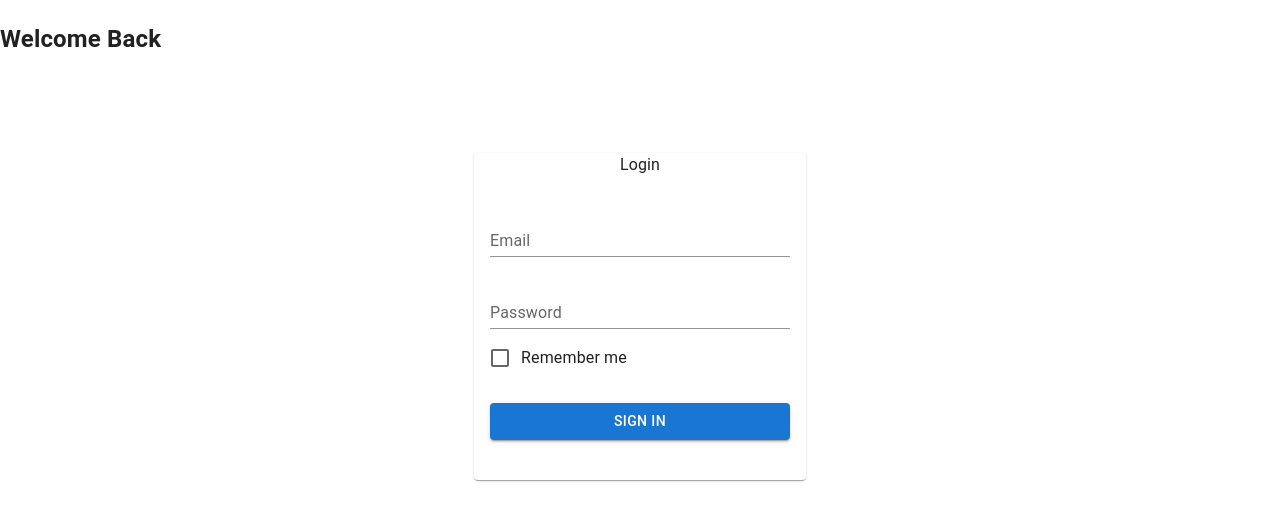
Repository: NGHIAVN1/Note
Page: /
These files come from the project's save history. The page is drawn as it stood at one moment and after the next save; the edit follows.
The browser window is 1280 px wide. The pictures show the whole page.
The project was rebuilt for these pictures with package versions that can differ from the ones it lists, and the page was loaded fresh each time. Also part of the build but not shown: vite.config.js, src/Register.jsx, src/Pet.jsx, src/useBreedList.jsx, src/SearchParams.jsx.

Above is the page before, as saved 2024-03-05 22:08:32.

### src/index.html
<!DOCTYPE html>
<html lang="en">

<head>
  <meta charset="UTF-8">
  <meta name="viewport" content="width=device-width, initial-scale=1.0">
  <meta http-equiv="X-UA-Compatible" content="ie=edge">
  <title>Adopt Me</title>
</head>

<body>
  <div id="root">not rendered</div>
  <script type="module" src="./App.jsx">
    // Your code is going to go here

  </script>
</body>

</html>

### src/App.jsx
import React, { StrictMode } from "react";
import "./Register";
import "./LoginPages";
import "./SearchParams";
import { createRoot } from "react-dom/client";
import SearchParams from "./SearchParams";
import RegisterUser from "./Register";
import LoginPage from "./LoginPages";

const App = () => {
  return (
    <div>
      <h1></h1>
      <h2>Welcome Back</h2>

      <LoginPage />
    </div>
  );
};

const container = document.getElementById("root");
const root = createRoot(container);
root.render(
  <StrictMode>
    <App />
  </StrictMode>
);

### src/LoginPages.jsx
import {
  CardContent,
  CardHeader,
  CssBaseline,
  TextField,
  Typography,
} from "@mui/material";
import Container from "@mui/material/Container";
import Card from "@mui/material/Card";
import { dark } from "@mui/material/styles/createPalette";
import Box from "@mui/material/Box";
import FormControlLabel from "@mui/material/FormControlLabel";
import Button from "@mui/material/Button";
import Checkbox from "@mui/material/Checkbox";
import Grid from "@mui/material/Grid";
// const defaultTheme = createTheme();
const LoginPage = () => {
  return (
    <div>
      <Container component="main" maxWidth="xs">
        <CssBaseline />
        <Box
          sx={{
            marginTop: 8,
            display: "flex",
            flexDirection: "column",
            alignItems: "center",
          }}
        >
          <Card
            sx={{
              margin: 4,
              display: "flex",
              flexDirection: "column",
              alignItems: "center",
            }}
          >
            <Typography sx={{ frontSize: 20 }} color={dark}>
              Login
            </Typography>
            <Box component="form" submit>
              <CardContent>
                <TextField
                  variant="standard"
                  label="Email"
                  fullWidth
                  margin="normal"
                  id="password"
                />
                <TextField
                  variant="standard"
                  id="password"
                  label="Password"
                  fullWidth
                  margin="normal"
                />
                <FormControlLabel
                  control={<Checkbox value="remember" color="primary" />}
                  label="Remember me"
                />
                <Button
                  type="submit"
                  fullWidth
                  variant="contained"
                  sx={{ mt: 3, mb: 2 }}
                >
                  Sign In
                </Button>
              </CardContent>
            </Box>
          </Card>
        </Box>
      </Container>
    </div>
  );
};
export default LoginPage;

After the next save:
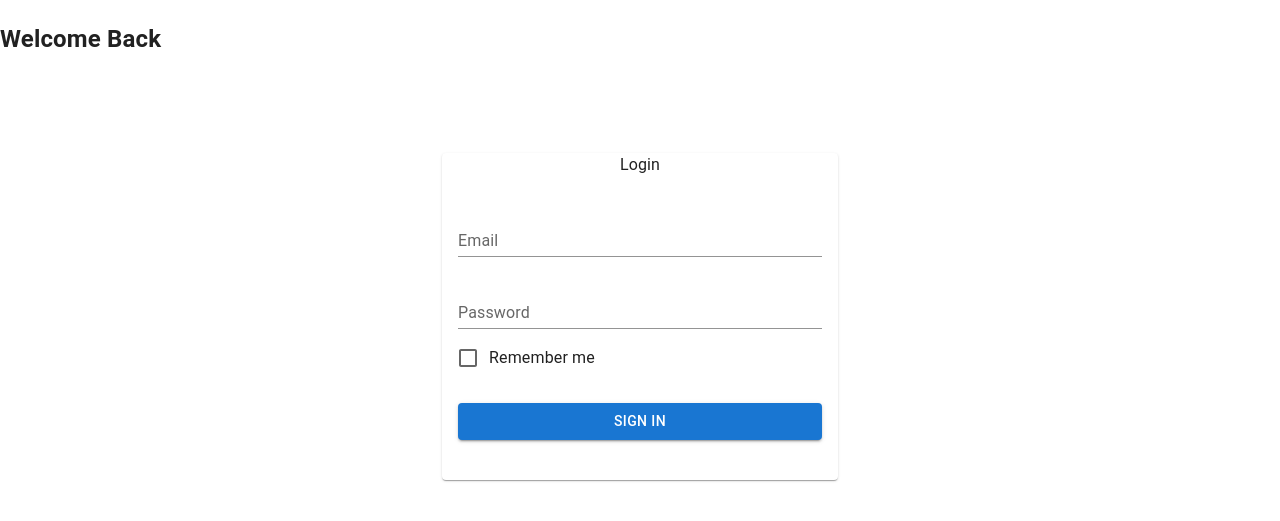
Saved 6 s later.
--- a/src/LoginPages.jsx
+++ b/src/LoginPages.jsx
@@ -29,7 +29,7 @@ const LoginPage = () => {
         >
           <Card
             sx={{
-              margin: 4,
+              marginTop: 4,
               display: "flex",
               flexDirection: "column",
               alignItems: "center",
